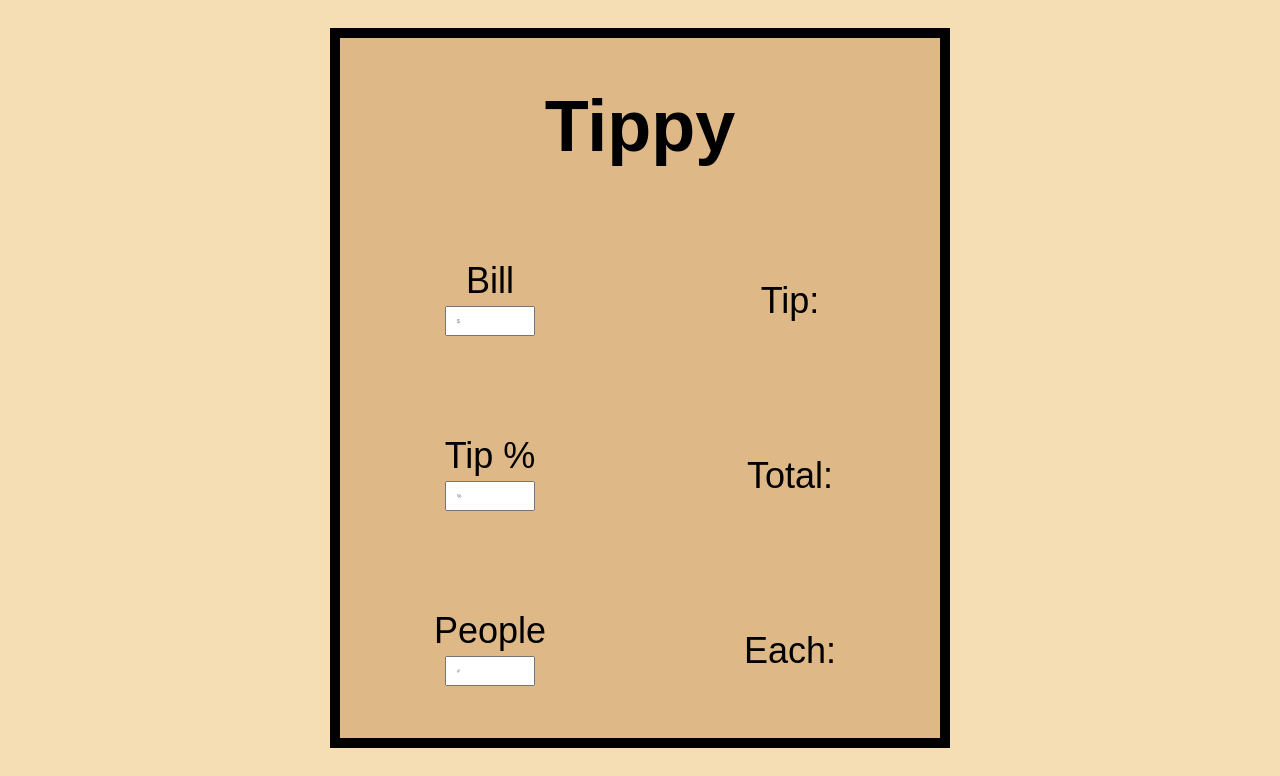
Repository: SamirIngley/Tip-Calculator
Page: tip_display.html
These files come from the project's save history. The page is drawn as it stood at one moment and after the next save; the edit follows.
The browser window is 1280 px wide. The pictures show the whole page.

Above is the page before, as saved 2020-02-13 16:38:22.

After the next save:
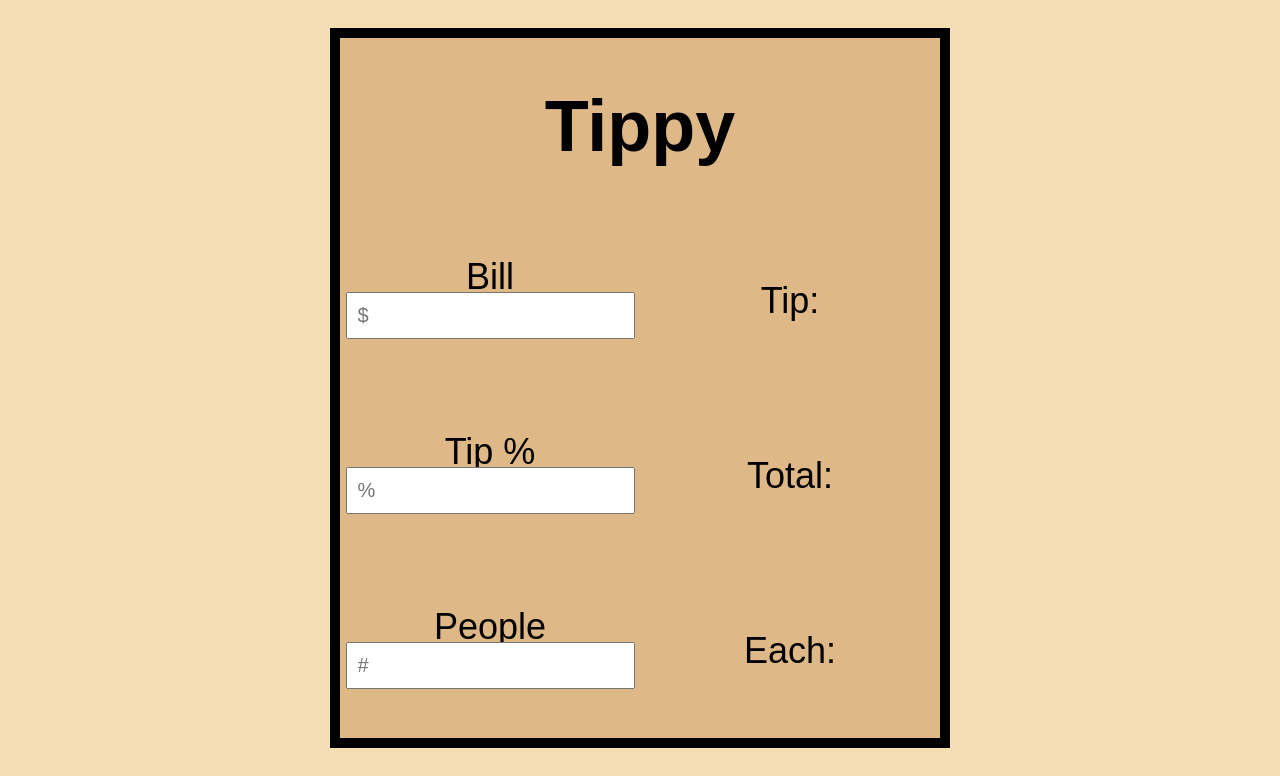
Saved 5 s later.
--- a/style.css
+++ b/style.css
@@ -73,5 +73,5 @@ body {
 
 .input {
     padding: 10px;
-    font-size: 5px;
+    font-size: 20px;
 }
